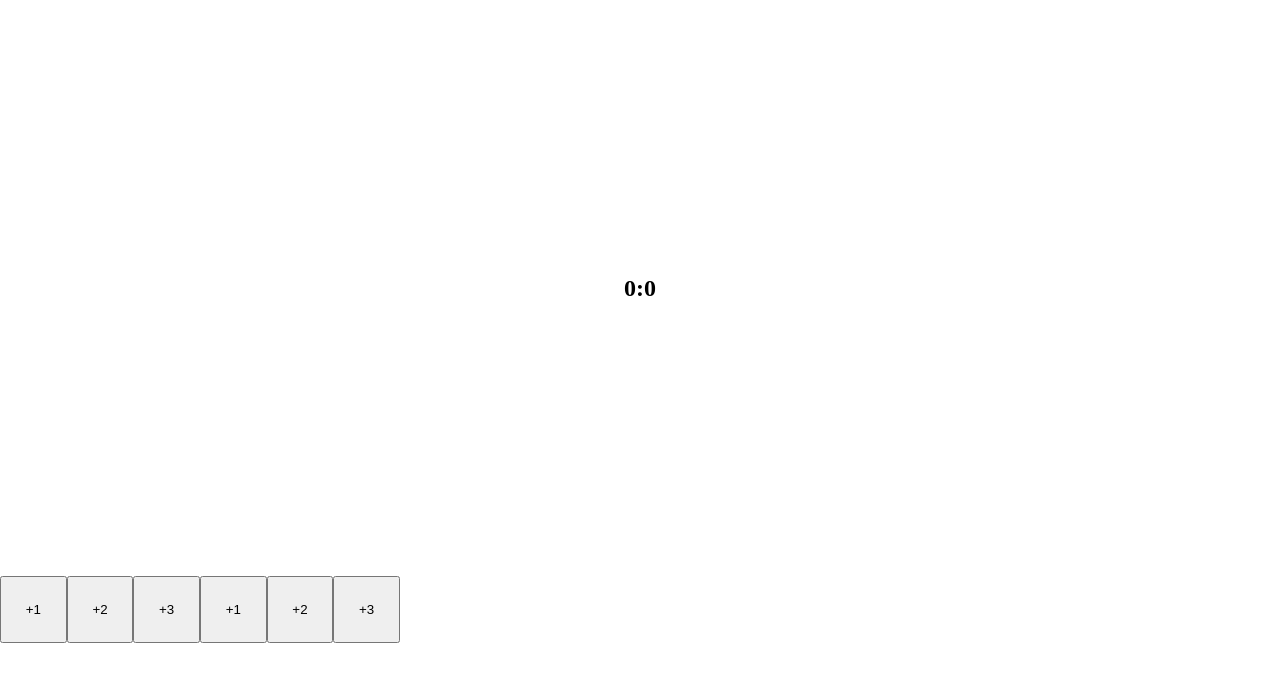
Repository: bollo89/scoreBoard
Page: index.html
These files come from the project's save history. The page is drawn as it stood at one moment and after the next save; the edit follows.
The browser window is 1280 px wide. The pictures show the whole page.

Above is the page before, as saved 2022-01-21 11:52:10.

### index.html
<!DOCTYPE html>
<html lang="en">
<head>
    <meta charset="UTF-8">
    <meta http-equiv="X-UA-Compatible" content="IE=edge">
    <meta name="viewport" content="width=device-width, initial-scale=1.0">
    <link rel="stylesheet" href="./style.css">
    <title>Document</title>
</head>
<body>
    <section class="score">
        <h1 class="home"></h1>
        <h1 class="colon">:</h1>
        <h1 class="away"></h1>
    </section>
    <section class="btns">
        <button class="btn1h">+1</button>
        <button class="btn2h">+2</button>
        <button class="btn3h">+3</button>

        <button class="btn1a">+1</button>
        <button class="btn2a">+2</button>
        <button class="btn3a">+3</button>
    </section>
<script src="./script.js"></script>
</body>
</html>

### style.css
* {
    margin: 0;
    padding: 0;
}
body {
     height: 100vh;
     width: 100vw;
}
.score {
    height: 80vh;
    display: flex;
    align-items: center;
    justify-content: center;
}
.btns {
    height: 20vh;
    width: 100vw;
    display: flex;
}
.btn1h , .btn2h , .btn3h {
    height: 5em;
    width: 5em;

    align-items: flex-start;
    justify-content: flex-start;
}
.btn1a , .btn2a , .btn3a {
    height: 5em;
    width: 5em;

    align-items: flex-end;
    justify-content: flex-end;
}

### script.js
let home = document.querySelector('.home');
let n = 0;
home.innerHTML = n;

let away = document.querySelector('.away');
let m = 0;
away.innerHTML = m;

let btn1h = document.querySelector('.btn1h');
let btn2h = document.querySelector('.btn2h');
let btn3h = document.querySelector('.btn3h');
let btn1a = document.querySelector('.btn1a');
let btn2a = document.querySelector('.btn2a');
let btn3a = document.querySelector('.btn3a');
//punkty po lewej
function score1home() {
    n+=1;
    home.innerHTML = n;
    console.log(n);
}
function score2home() {
    n+=2;
    home.innerHTML = n;
    console.log(n);
}
function score3home() {
    n+=3;
    home.innerHTML = n;
    console.log(n);
}
//punkty po prawej
function score1away() {
    m+=1;
    away.innerHTML = m;
    console.log(m);
}
function score2away() {
    m+=2;
    away.innerHTML = m;
    console.log(m);
}
function score3away() {
    m+=3;
    away.innerHTML = m;
    console.log(m);
}

//przyciskibtn1.addEventListener('click',score1home,false);
btn1h.addEventListener('click',score1home,false);
btn2h.addEventListener('click',score2home,false);
btn3h.addEventListener('click',score3home,false);
btn1a.addEventListener('click',score1away,false);
btn2a.addEventListener('click',score2away,false);
btn3a.addEventListener('click',score3away,false);

After the next save:
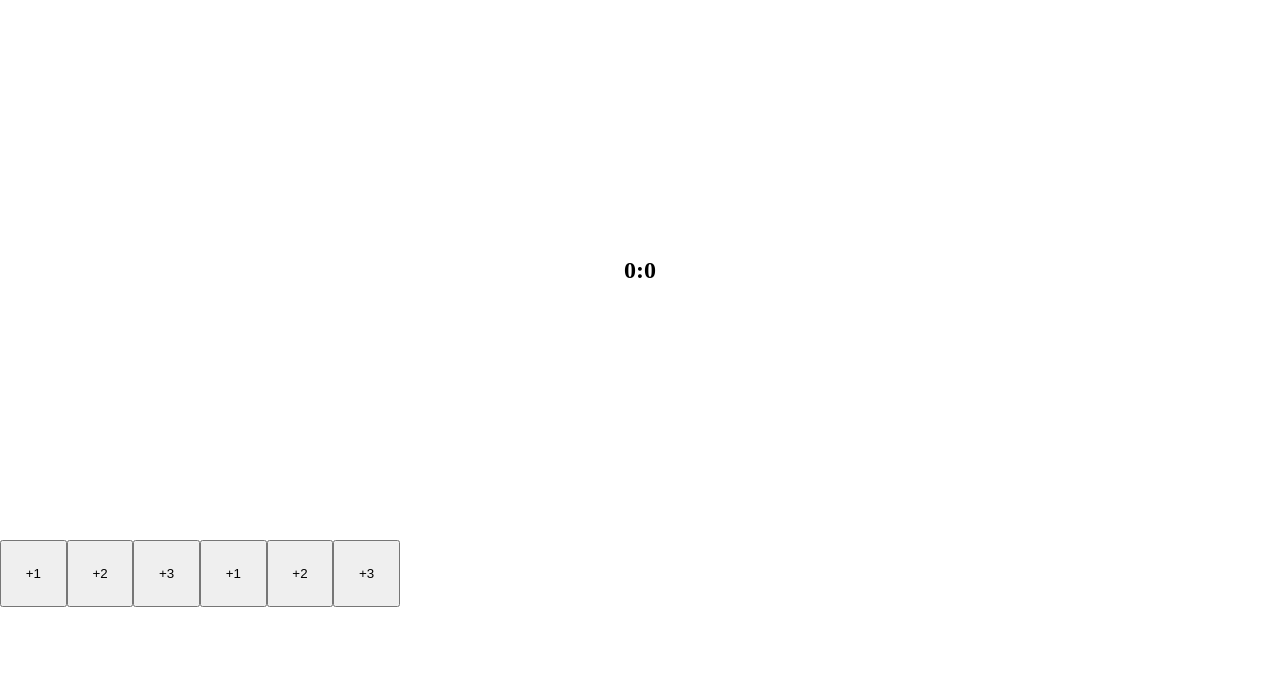
Saved 19 s later.
--- a/style.css
+++ b/style.css
@@ -7,13 +7,13 @@ body {
      width: 100vw;
 }
 .score {
-    height: 80vh;
+    height: 75vh;
     display: flex;
     align-items: center;
     justify-content: center;
 }
 .btns {
-    height: 20vh;
+    height: 25vh;
     width: 100vw;
     display: flex;
 }
